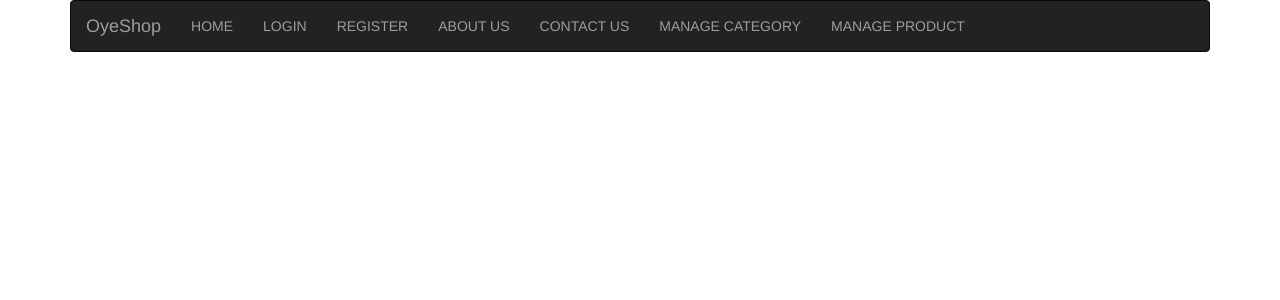
Repository: TheSarikaSharma/NewWorkSpace1
Page: http://localhost/GemsGalleriaFrontend/
The author's editor kept a copy of each file at every save. The page is drawn from the files as they stood at one save, then again after the next save.
The browser window is 1280 px wide. The pictures show the whole page.
The page is served by Tomcat 9. Other server files are loaded and not shown.

Above is the page before, as saved 2019-02-12 16:10:11.

### GemsGalleriaFrontend/src/main/webapp/index.jsp
<%@ page language="java" contentType="text/html"%>
<%@include file="WEB-INF/views/Header.jsp" %>

</body>
</html>

### GemsGalleriaFrontend/src/main/webapp/WEB-INF/views/Header.jsp
<%@ page language="java" contentType="text/html"%>
<%@taglib uri="http://java.sun.com/jsp/jstl/core" prefix="c" %>

<html>
<head>
<meta charset="ISO-8859-1">
<title> ${pageinfo}OyeShop </title>

<meta name=viewport content="width=device-width , intial-scale=1">

<link rel="stylesheet" href="https://maxcdn.bootstrapcdn.com/bootstrap/3.3.7/css/bootstrap.min.css">
<script src="https://ajax.googleapis.com/ajax/libs/jquery/3.3.1/jquery.min.js"></script>
<script src="https://maxcdn.bootstrapcdn.com/bootstrap/3.3.7/js/bootstrap.min.js"></script>

</head>
<body>

<div class="container">
    <nav class="navbar navbar-inverse">
        <div class="container-fluid">
           <div class="navbar-header">
               <a class="navbar-brand" href="#"> OyeShop </a>
           </div>
           <ul class="nav navbar-nav">
             <li> <a href="<c:url value="home" />"> HOME </a></li>
             <li> <a href="<c:url value="login" />"> LOGIN  </a></li>
             <li> <a href="<c:url value="register" />"> REGISTER </a></li>
             <li> <a href="<c:url value="aboutUs" />"> ABOUT US </a></li>
             <li> <a href="<c:url value="contactUs" />"> CONTACT US </a></li>
             <li> <a href="<c:url value="category" />">MANAGE CATEGORY </a></li>
             <li> <a href="<c:url value="product" />">MANAGE PRODUCT </a></li>

             </ul>
             </div>
            </nav>
            </body>
            </html>

After the next save:
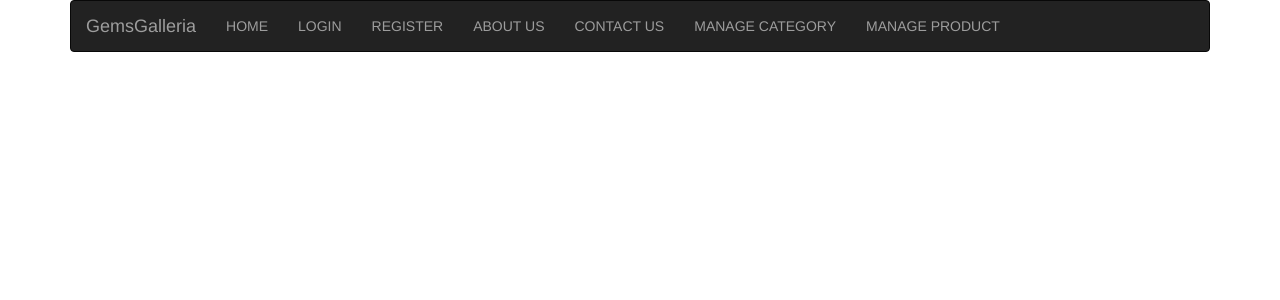
Saved 3 min 4 s later.
--- a/GemsGalleriaFrontend/src/main/webapp/WEB-INF/views/Header.jsp
+++ b/GemsGalleriaFrontend/src/main/webapp/WEB-INF/views/Header.jsp
@@ -4,7 +4,7 @@
 <html>
 <head>
 <meta charset="ISO-8859-1">
-<title> ${pageinfo}OyeShop </title>
+<title> ${pageinfo}GemsGalleria </title>
 
 <meta name=viewport content="width=device-width , intial-scale=1">
 
@@ -19,7 +19,7 @@
     <nav class="navbar navbar-inverse">
         <div class="container-fluid">
            <div class="navbar-header">
-               <a class="navbar-brand" href="#"> OyeShop </a>
+               <a class="navbar-brand" href="#"> GemsGalleria </a>
            </div>
            <ul class="nav navbar-nav">
              <li> <a href="<c:url value="home" />"> HOME </a></li>
